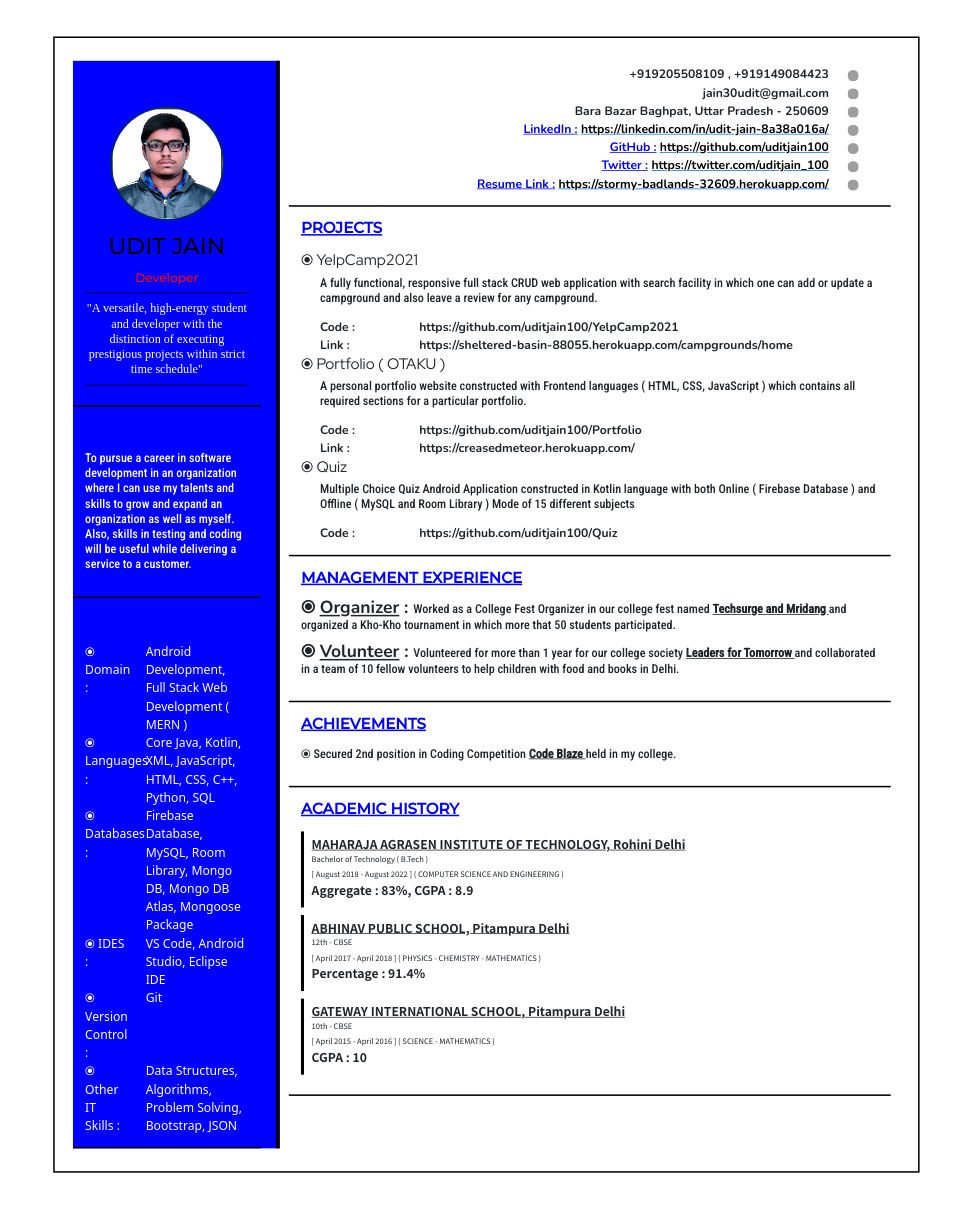
Repository: uditjain100/Resume
Page: app.html
An editor plug-in stored every save of this project. The page is shown before and after the next save, followed by the edit.
The browser window is 1280 px wide. The pictures show the whole page, at 76% of full size.
Pictures or frames that could not be fetched are drawn as grey boxes. Some web fonts or font styles are not loaded; a fallback is used.

Above is the page before, as saved 2021-05-27 18:33:48.

After the next save:
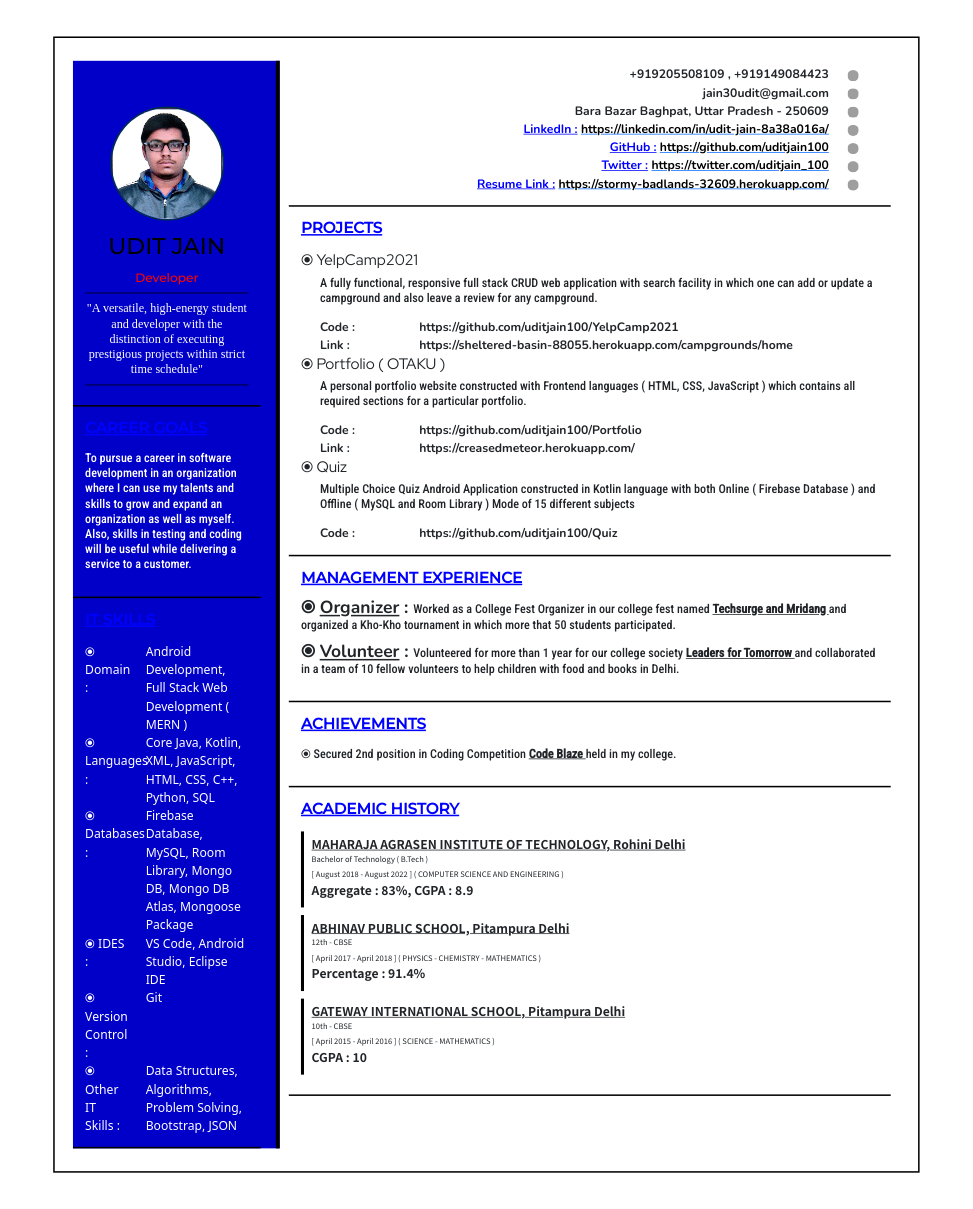
Saved 34 s later.
--- a/app.css
+++ b/app.css
@@ -67,7 +67,7 @@ article {
 	border-right: 5px black solid;
 	padding: 50px 20px 0px 0px;
 	min-width: 250px;
-	background-color: blue;
+	background-color: rgb(0, 0, 200);
 	color: white;
 }
 
